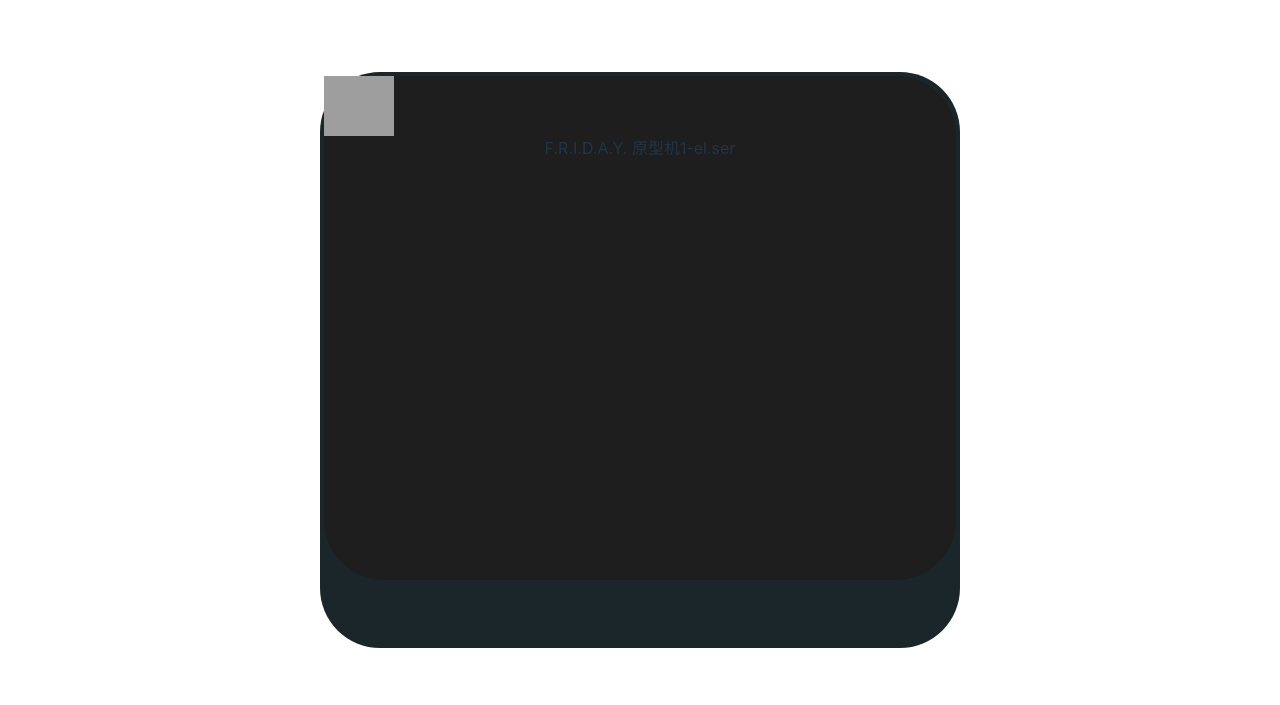
Repository: yezhonghu0503/chatgpt-vue-lac
Page: /
The author's editor kept a copy of each file at every save. The page is drawn from the files as they stood at one save, then again after the next save.
The browser window is 1280 px wide. The pictures show the whole page.
Pictures or frames that could not be fetched are drawn as grey boxes. The project was rebuilt for these pictures with package versions that can differ from the ones it lists, and the page was loaded fresh each time. Also part of the build but not shown: vite.config.ts.

Above is the page before, as saved 2023-05-17 19:21:24.

After the next save:
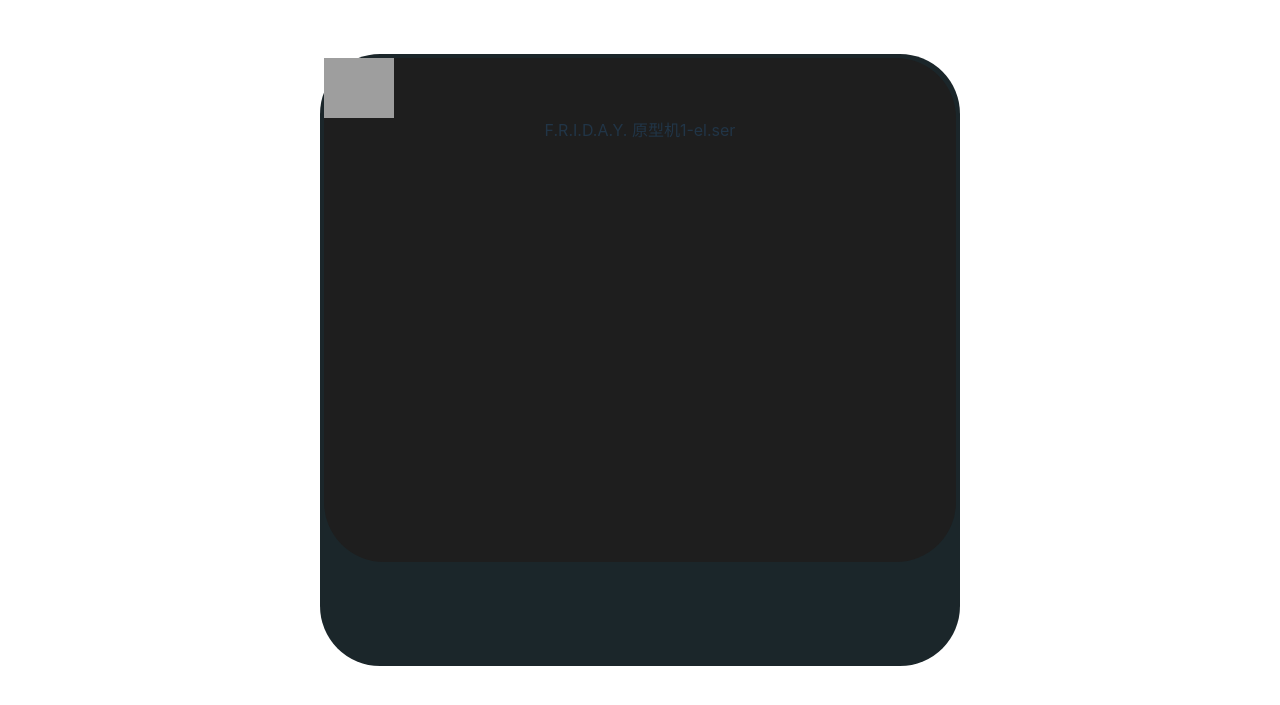
Saved 22 s later.
--- a/src/pages/chat.vue
+++ b/src/pages/chat.vue
@@ -1,5 +1,5 @@
 <template>
-    <div class="w-[50vw] h-[80vh] bg-rg-chat-border rounded-[60px] flex justify-center p-1">
+    <div class="w-[50vw] h-[85vh] bg-rg-chat-border rounded-[60px] flex justify-center p-1">
         <div class="w-[50vw] h-[70vh] bg-rg-chat rounded-[60px]">
             <div>
                 <div class="w-[100%] h-[100px]">
